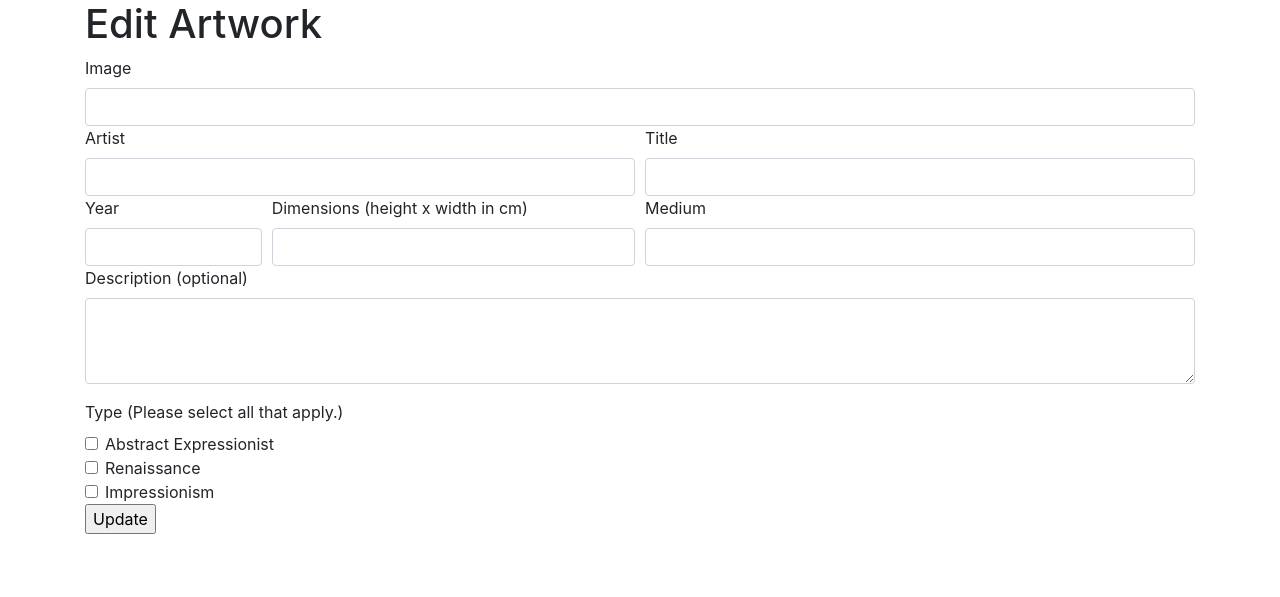
Repository: lynette-lyf/artwork-inventory
Page: templates/edit_artwork.template.html
The author's editor kept a record of every edit. The page is drawn from the files as they stood at one moment, then again after the next edit.
The browser window is 1280 px wide. The pictures show the whole page.
The page is served by the project's application, run on Flask 3 (app.py). The template is opened directly, without the code that normally fills it, so the values that code supplies are empty.

Above is the page before.

After the next edit:
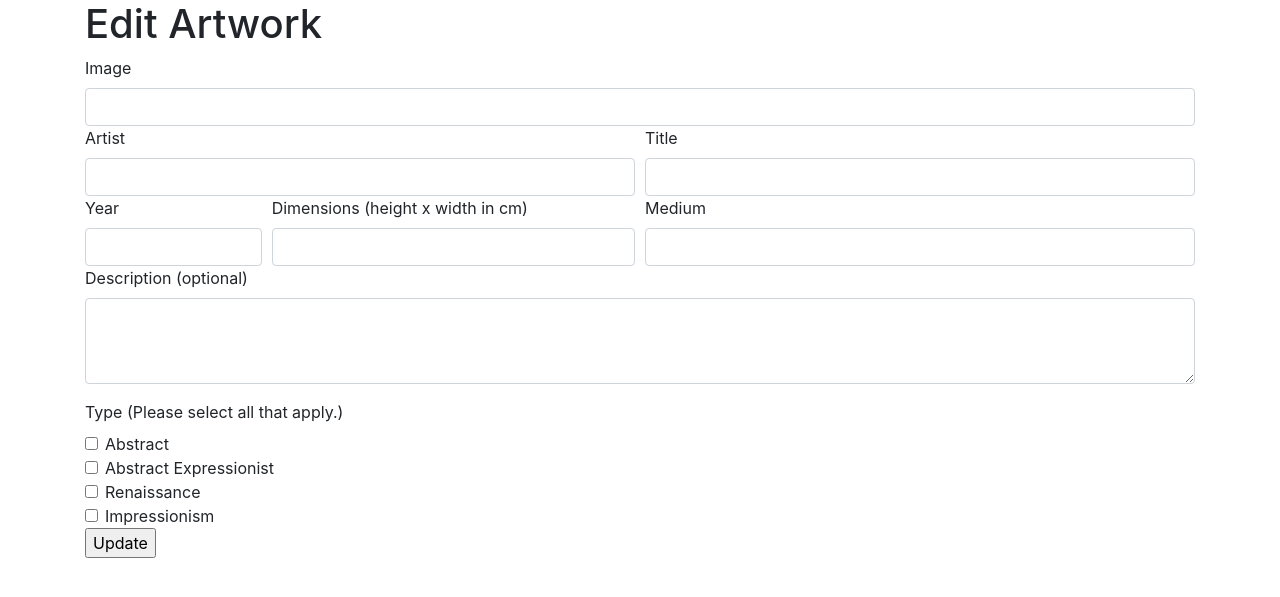
The edit:
--- a/templates/edit_artwork.template.html
+++ b/templates/edit_artwork.template.html
@@ -57,17 +57,19 @@
 
             {% if i == "Abstract" %}
 
-             <div class="form-check">
+
+
+
+            {% endif %}
+
+            {% endfor %}
+
+            <div class="form-check">
               <input class="form-check-input" type="checkbox" value="Abstract" id="type" name="type">
               <label class="form-check-label" for="type">
                 Abstract
               </label>
             </div>
-
-
-            {% endif %}
-
-            {% endfor %}
 
 
             <div class="form-check">
